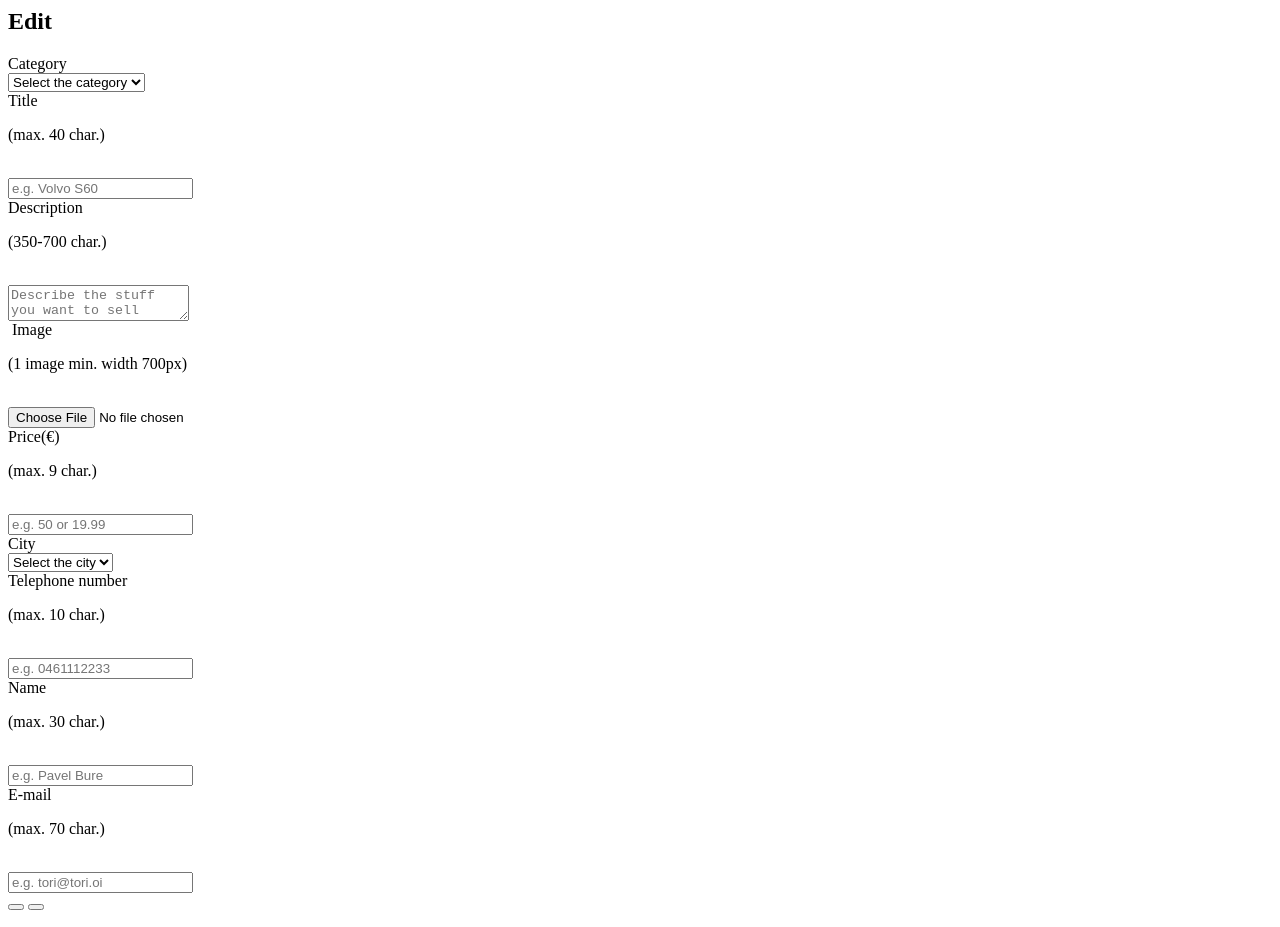
Repository: aidarm/Tori_II
Page: public/js/app/views/edit.html
The author's editor kept a record of every edit. The page is drawn from the files as they stood at one moment, then again after the next edit.
The browser window is 1280 px wide. The pictures show the whole page.

Above is the page before.

### public/js/app/views/edit.html
<form class="editForm" data-ng-submit="submitForm()">
    <h2>Edit</h2>
    <div class="formCategory">
        <label>Category</label><br />
        <select data-ng-model="form.category">
            <option value="" selected>Select the category</option>
            <option value="cars">Cars</option>
            <option value="houses">Houses</option>
        </select><br />
    </div>
    <label>Title</label><p> (max. 40 char.)</p><br />
    <input type="text" class="formTitle" placeholder="e.g. Volvo S60" data-ng-model="form.title" maxlength="40" /><br />
    <label>Description</label><p> (350-700 char.)</p><br />
    <textarea class="formDescription" placeholder="Describe the stuff you want to sell" data-ng-model="form.description" maxlength="700" value="item.description"></textarea><br />
    <img data-ng-src="{{ form.img }}">
    <label>Image</label><p> (1 image min. width 700px)</p><br />
    <input type="file" class="formImage" data-ng-file-select="onFileSelect($files)"><br />
    <div class="formPrice">
        <label>Price(&euro;)</label><p> (max. 9 char.)</p><br />
        <input type="text" placeholder="e.g. 50 or 19.99" data-ng-model="form.price" maxlength="10" /><br />
    </div>
    <div class="contact_information">
        <div class="formCity">
            <label>City</label><br />
            <select data-ng-model="form.city">
                <option value="" selected>Select the city</option>
                <option value="Helsinki">Helsinki</option>
                <option value="Turku">Turku</option>
            </select><br />
            <label>Telephone number</label><p> (max. 10 char.)</p><br />
            <input type="text" class="formPhone" placeholder="e.g. 0461112233" data-ng-model="form.phone" maxlength="10" /><br />
        </div>
        <label>Name</label><p> (max. 30 char.)</p><br />
        <input type="text" class="formTitle" placeholder="e.g. Pavel Bure" data-ng-model="form.name" maxlength="30" /><br />

        <label>E-mail</label><p> (max. 70 char.)</p><br />
        <input type="text" class="formEmail" placeholder="e.g. tori@tori.oi" data-ng-model="form.email" maxlength="70" /><br />
    </div>
    <div class="formButton">
        <button type="submit" data-icon="&#xe60a;" data-ng-click="send()"></button>
        <button type="submit" data-icon="&#xe609;" data-ng-click="cancel()"></button>
    </div>
</form>

After the next edit:
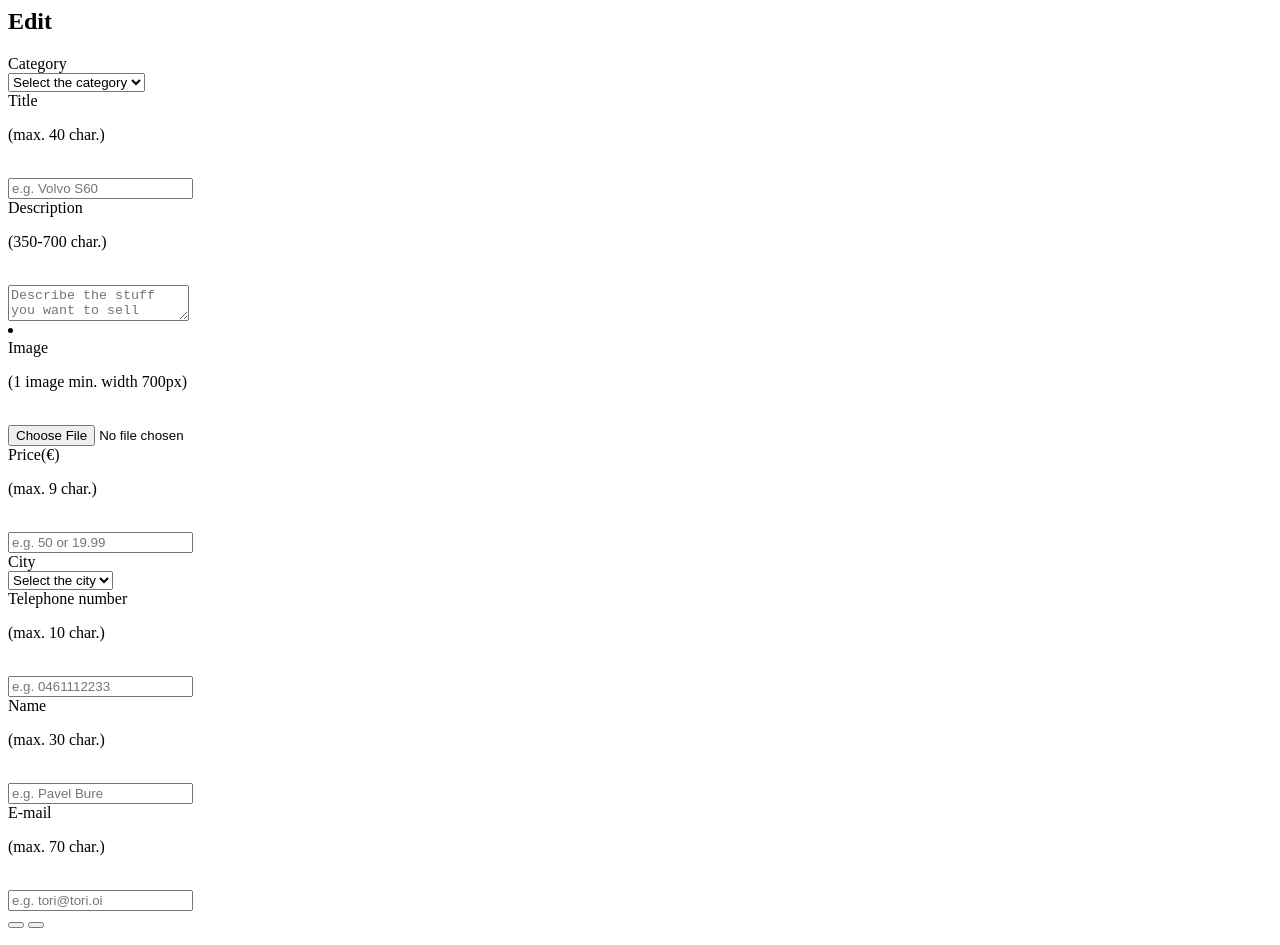
The edit:
--- a/public/js/app/views/edit.html
+++ b/public/js/app/views/edit.html
@@ -12,7 +12,11 @@
     <input type="text" class="formTitle" placeholder="e.g. Volvo S60" data-ng-model="form.title" maxlength="40" /><br />
     <label>Description</label><p> (350-700 char.)</p><br />
     <textarea class="formDescription" placeholder="Describe the stuff you want to sell" data-ng-model="form.description" maxlength="700" value="item.description"></textarea><br />
-    <img data-ng-src="{{ form.img }}">
+    <flex-slider slide="img in form.img">
+            <li>
+                <img data-ng-src="{{ img }}">
+            </li>
+        </flex-slider>
     <label>Image</label><p> (1 image min. width 700px)</p><br />
     <input type="file" class="formImage" data-ng-file-select="onFileSelect($files)"><br />
     <div class="formPrice">
